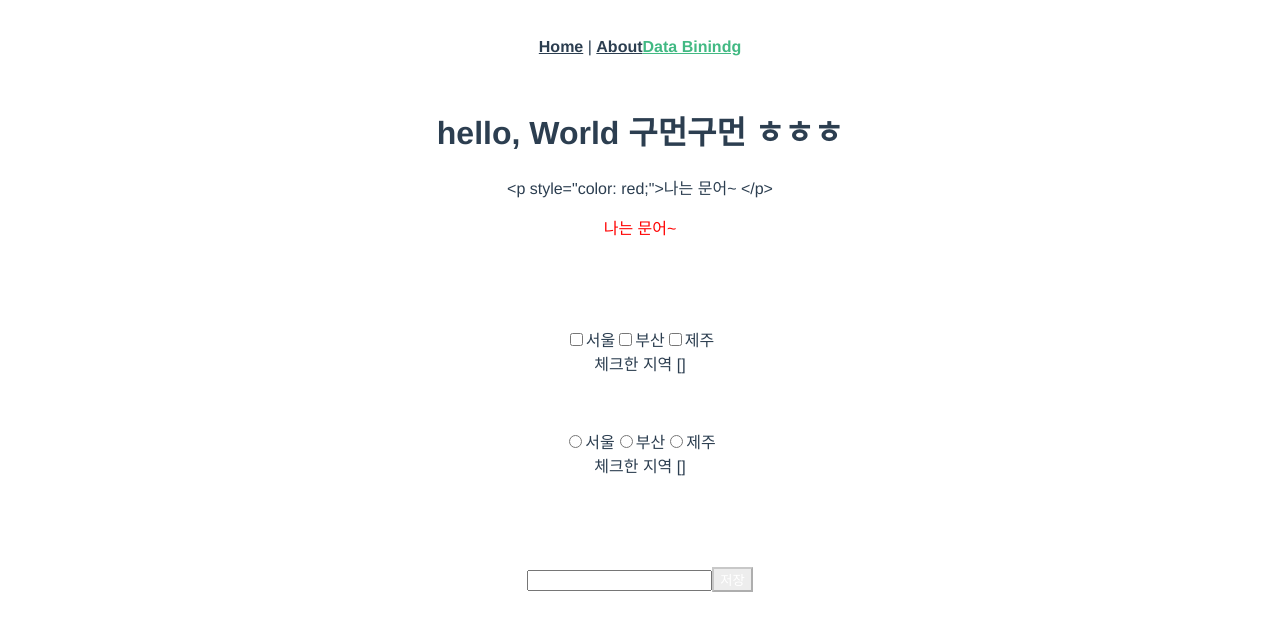
Repository: jang0ha/vue
Page: /databinding
The author's editor kept a copy of each file at every save. The page is drawn from the files as they stood at one save, then again after the next save.
The browser window is 1280 px wide. The pictures show the whole page.
The project was rebuilt for these pictures with package versions that can differ from the ones it lists, and the page was loaded fresh each time. Also part of the build but not shown: vue.config.js, src/components/HelloWorld.vue, src/views/HomeView.vue, src/views/AboutView.vue.

Above is the page before, as saved 2022-04-06 12:25:42.

### src/App.vue
<template>
  <nav>
    <router-link to="/">Home</router-link> |
    <router-link to="/about">About</router-link>
    <router-link to="/databinding">Data Binindg</router-link>
  </nav>
  <router-view/>
</template>

<style>
#app {
  font-family: Avenir, Helvetica, Arial, sans-serif;
  -webkit-font-smoothing: antialiased;
  -moz-osx-font-smoothing: grayscale;
  text-align: center;
  color: #2c3e50;
}

nav {
  padding: 30px;
}

nav a {
  font-weight: bold;
  color: #2c3e50;
}

nav a.router-link-exact-active {
  color: #42b983;
}
</style>

### src/router/index.js
import { createRouter, createWebHistory } from 'vue-router'
import HomeView from '../views/HomeView.vue'
import AboutView from '../views/AboutView.vue'
import DataBinding from '../views/DataBinding.vue'

const routes = [
  {
    path: '/', //브라우저에서 접속하는 url 주소를 정의
    name: 'home',
    component: HomeView // 지정된path로 들어왔을 때 보여줄 vue 컴포넌트 , 앞으로 구현할 vue 파일을 연결하고, 해당파일을 실행
  },
  {
    path: '/about',
    name: 'about',
    // route level code-splitting  >> 라우트 레벨에서 코드를 분할하는 방법
    // this generates a separate chunk (about.[hash].js) for this route  >> 이 라우트에 대한 chunk파일이 분리되어 생성
    // which is lazy-loaded when the route is visited.  >> 이 라우트에 방문했을떄 지연로드 됩니다.
    // component: () => import(
      /* webpackChunkName: "about" */
    //   '../views/AboutView.vue'
    // )
    component: AboutView
  },
  {
    path: '/databinding',
    name: 'DataBinding',
    // route level code-splitting  >> 라우트 레벨에서 코드를 분할하는 방법
    // this generates a separate chunk (about.[hash].js) for this route  >> 이 라우트에 대한 chunk파일이 분리되어 생성
    // which is lazy-loaded when the route is visited.  >> 이 라우트에 방문했을떄 지연로드 됩니다.
    component:DataBinding
  }
]

const router = createRouter({
  history: createWebHistory(process.env.BASE_URL),
  routes
})

export default router

### src/views/DataBinding.vue
<template>
    <h1>hello, {{title}}</h1>

    <div>
        <div>{{htmlString}}</div>
        <div v-html="htmlString"></div>

        <br><br><br><br>

        <label for="1"><input type="checkbox" name="" id="1" v-model="checked" value="서울">서울</label>
        <label for="2"><input type="checkbox" name="" id="2" v-model="checked" value="부산">부산</label>
        <label for="3"><input type="checkbox" name="" id="3" v-model="checked" value="제주">제주</label>
        <br>
        <span>체크한 지역 {{checked}}</span>
        <br><br><br><br>
        <label for="4"><input type="radio" name="" id="4" v-model="picked" value="서울">서울</label>
        <label for="5"><input type="radio" name="" id="5" v-model="picked" value="부산">부산</label>
        <label for="6"><input type="radio" name="" id="6" v-model="picked" value="제주">제주</label>
        <br>
        <span>체크한 지역 {{picked}}</span>
        <br><br><br><br><br><br>
        <input type="text" name="" id="" v-model="textValue">
        <button type="button" style="" v-bind:disabled="textValue==''">저장</button>
    </div>
</template>
<script>
export default {
    data(){ //html과 자바스크립트 코드에서 사용할 데이터 변수 선언
        return {
            title : "World 구먼구먼 ㅎㅎㅎ",
            htmlString:'<p style="color: red;">나는 문어~ </p>',
            checked: [],
            picked:[],
            textValue :"",

        };
    },

}
</script>

<style>
    button{background:#111; color:#fff; outline:0;}
    button:disabled{background:#ededed;}
</style>

Loaded but not shown: public/index.html (common file); src/main.js (common file)

After the next save:
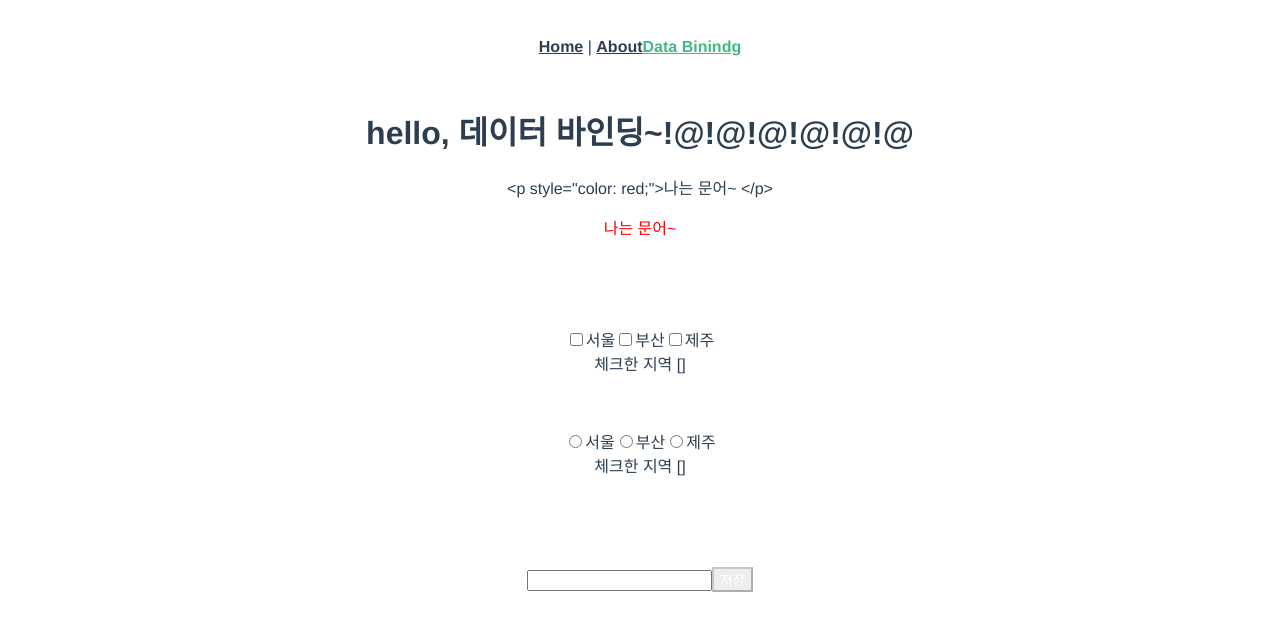
Saved 37 s later.
--- a/src/views/DataBinding.vue
+++ b/src/views/DataBinding.vue
@@ -27,7 +27,7 @@
 export default {
     data(){ //html과 자바스크립트 코드에서 사용할 데이터 변수 선언
         return {
-            title : "World 구먼구먼 ㅎㅎㅎ",
+            title : "데이터 바인딩~!@!@!@!@!@!@ ",
             htmlString:'<p style="color: red;">나는 문어~ </p>',
             checked: [],
             picked:[],
